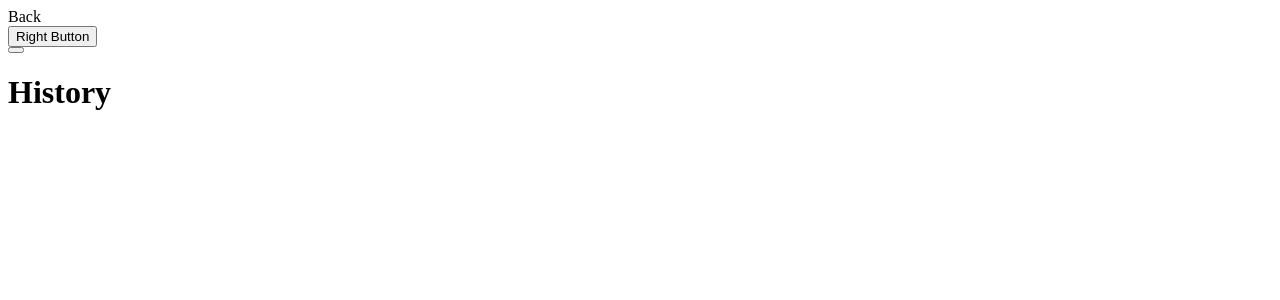
Repository: agustinbaretto/rainbow
Page: Rainbow/www/templates/history.html
The author's editor kept a record of every edit. The page is drawn from the files as they stood at one moment, then again after the next edit.
The browser window is 1280 px wide. The pictures show the whole page.

Above is the page before.

### Rainbow/www/templates/history.html
<ion-view title="History">
  <ion-nav-bar class="bar-positive nav-title-slide-ios7">
    <ion-nav-back-button class="button-clear"><i class="icon ion-ios7-arrow-back"></i> Back</ion-nav-back-button>
  </ion-nav-bar>
  <div class="buttons right-buttons">
    <button class="button">
      Right Button
    </button>
  </div>
  <ion-nav-buttons side="left">
    <button menu-toggle="left"class="button button-icon icon ion-navicon"></button>
  </ion-nav-buttons>
  <ion-content class="has-header">
    <h1>History</h1>
  </ion-content>
</ion-view>

After the next edit:
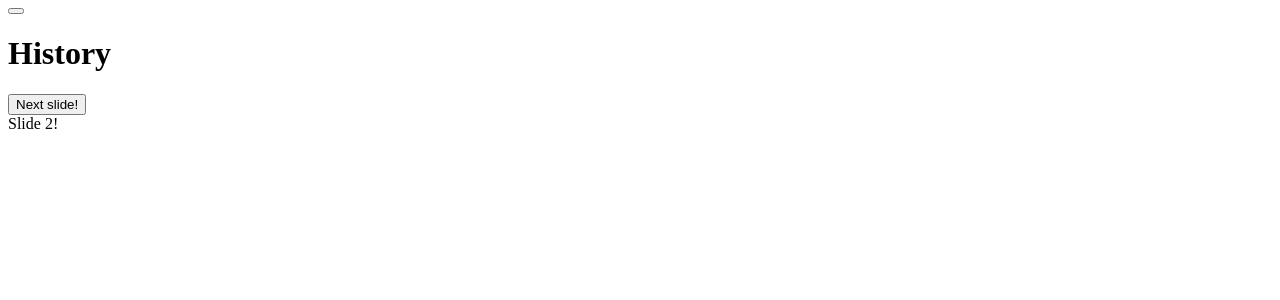
The edit:
--- a/Rainbow/www/templates/history.html
+++ b/Rainbow/www/templates/history.html
@@ -1,16 +1,21 @@
 <ion-view title="History">
   <ion-nav-bar class="bar-positive nav-title-slide-ios7">
-    <ion-nav-back-button class="button-clear"><i class="icon ion-ios7-arrow-back"></i> Back</ion-nav-back-button>
+    <ion-nav-buttons side="left">
+      <button menu-toggle="left" class="button button-icon icon ion-navicon"></button>
+    </ion-nav-buttons>
   </ion-nav-bar>
-  <div class="buttons right-buttons">
-    <button class="button">
-      Right Button
-    </button>
-  </div>
-  <ion-nav-buttons side="left">
-    <button menu-toggle="left"class="button button-icon icon ion-navicon"></button>
-  </ion-nav-buttons>
   <ion-content class="has-header">
     <h1>History</h1>
+    <ion-slide>
+        <div class="box blue">
+          <button ng-click="nextSlide()">Next slide!</button>
+        </div>
+      </ion-slide>
+      <ion-slide>
+        <div class="box red">
+          Slide 2!
+        </div>
+      </ion-slide>
+    </ion-slide-box>
   </ion-content>
 </ion-view>
